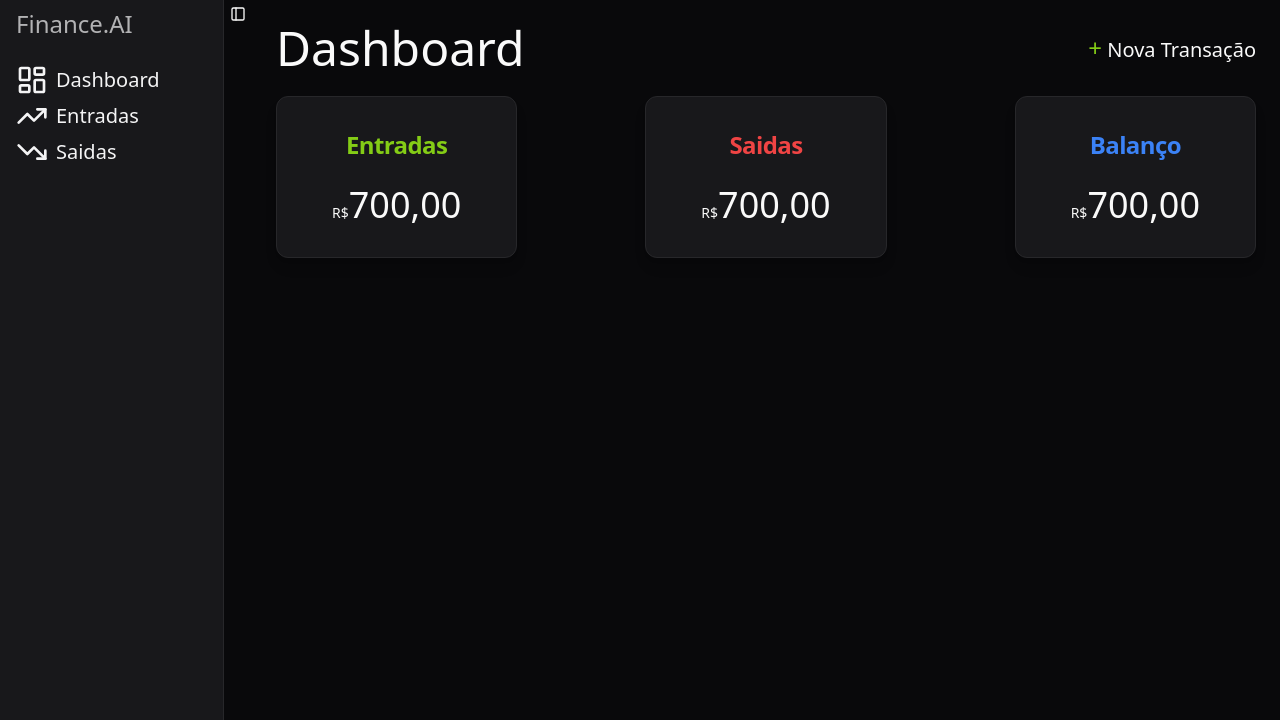
Repository: jvmotadev/web1front
Page: /
These files come from the project's save history. The page is drawn as it stood at one moment and after the next save; the edit follows.
The browser window is 1280 px wide. The pictures show the whole page.
The project was rebuilt for these pictures with package versions that can differ from the ones it lists, and the page was loaded fresh each time. Also part of the build but not shown: vite.config.ts, src/components/ui/input.tsx, src/components/ui/separator.tsx, src/components/ui/sheet.tsx, src/components/ui/skeleton.tsx, src/components/ui/tooltip.tsx, src/components/ui/label.tsx, src/components/ui/tabs.tsx and 9 more.

Above is the page before, as saved 2024-11-16 04:01:45.

After the next save:
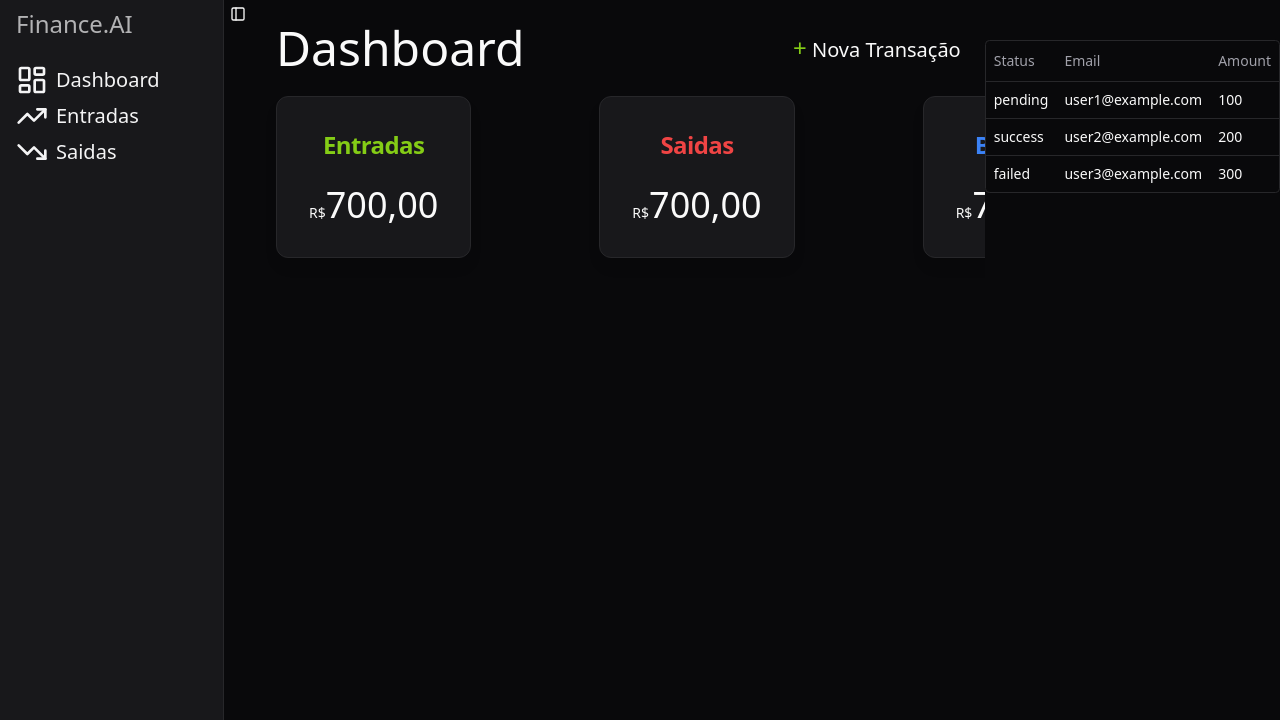
Saved 10 s later.
--- a/src/pages/dashboard.tsx
+++ b/src/pages/dashboard.tsx
@@ -2,7 +2,10 @@ import React from 'react';
 import { Layout } from "@/app/layout";  // Import the layout you created
 import { Card, CardContent, CardHeader, CardTitle } from '@/components/ui/card';
 import { Dialog, DialogContent, DialogHeader, DialogTrigger } from '@/components/ui/dialog';
-import { Transaction } from '@/app/add-transaction';
+import { Transaction } from '@/app/transaction';
+import { columns } from '@/app/transaction-list/columns';
+import { DataTable } from '@/app/transaction-list/data-table';
+import { staticPayments } from '@/app/transaction-list/static-data';
 
 
 const Dashboard = () => {
@@ -57,6 +60,13 @@ const Dashboard = () => {
         </div>
 
       </main>
+
+
+      <div>
+      <div className="container mx-auto py-10">
+        <DataTable columns={columns} data={staticPayments} />
+      </div>
+      </div>
     </div>
   );
 };
